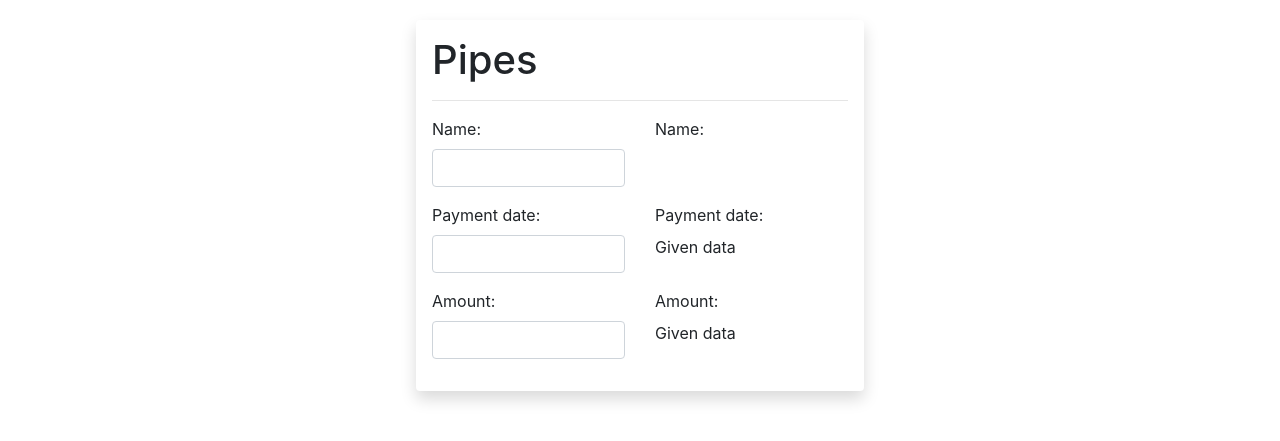
Repository: Evincars/udemy-angular
Page: / (app in pipes/)
These files come from the project's save history. The page is drawn as it stood at one moment and after the next save; the edit follows.
The browser window is 1280 px wide. The pictures show the whole page.
The project was rebuilt for these pictures with package versions that can differ from the ones it lists, and the page was loaded fresh each time. Also part of the build but not shown: pipes/angular.json.

Above is the page before, as saved 2020-04-05 10:19:56.

After the next save:
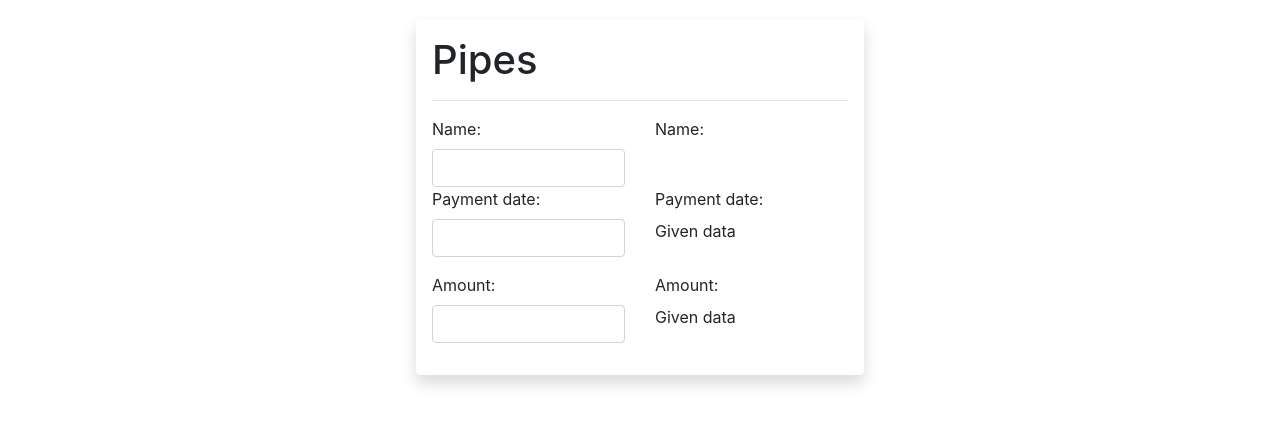
Saved 2 min 38 s later.
--- a/pipes/src/app/app.component.html
+++ b/pipes/src/app/app.component.html
@@ -3,14 +3,14 @@
   <hr />
   <div class="row">
     <div class="col-md-6">
-      <div class="form-group">
+      <!-- <div class="form-group"> -->
         <label>Name:</label>
         <input
           type="text"
           class="form-control"
           (input)="onNameChange($event.target.value)"
         />
-      </div>
+      <!-- </div> -->
     </div>
     <div class="col-md-6">
       <label>Name:</label>

After the save that followed:
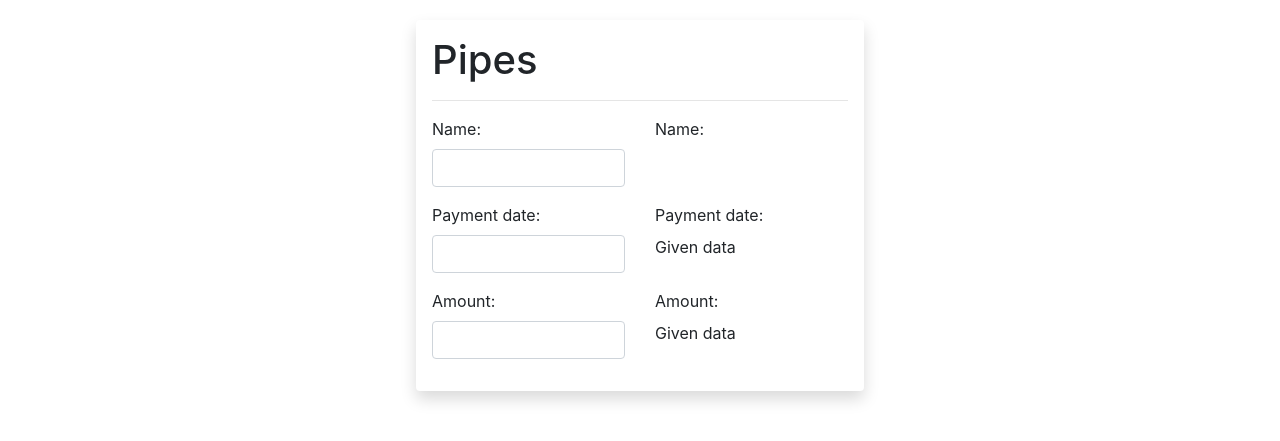
Saved 21 s later.
--- a/pipes/src/app/app.component.html
+++ b/pipes/src/app/app.component.html
@@ -1,7 +1,7 @@
 <div class="container shadow p-3 mb-5 bg-white rounded">
   <h1>Pipes</h1>
   <hr />
-  <div class="row">
+  <div class="row my-3">
     <div class="col-md-6">
       <!-- <div class="form-group"> -->
         <label>Name:</label>
